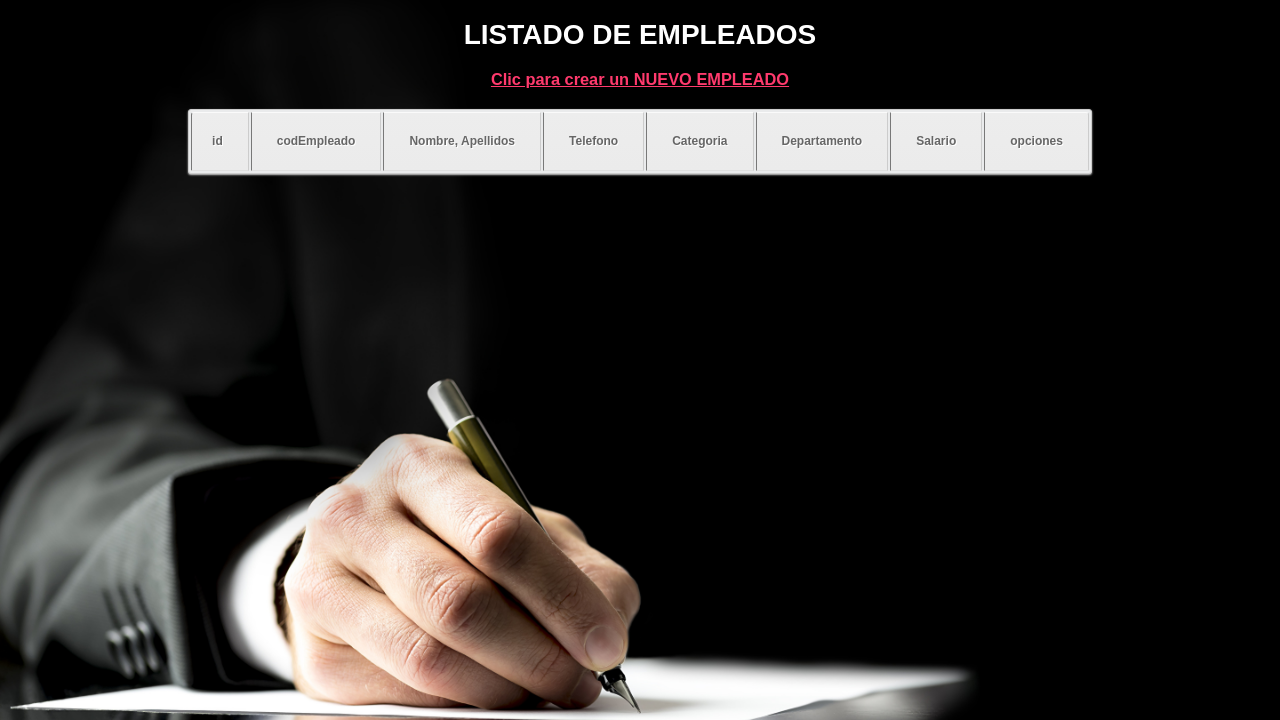
Repository: Sirfernandisco/ProyectoAgenda
Page: http://localhost/PorFinAgenda/WEB-INF/view/form1.jsp
The author's editor kept a copy of each file at every save. The page is drawn from the files as they stood at one save, then again after the next save.
The browser window is 1280 px wide. The pictures show the whole page.
The page is served by Tomcat 9. Nobody is signed in. Other server files are loaded and not shown. The template is opened directly, without the code that normally fills it, so the values that code supplies are empty.

Above is the page before, as saved 2018-06-06 09:52:27.

### PorFinAgenda/src/main/webapp/WEB-INF/view/form1.jsp
<%@ taglib prefix="c" uri="http://java.sun.com/jsp/jstl/core"%>
<%@ taglib prefix="form" uri="http://www.springframework.org/tags/form"%>
<%@ taglib prefix="spring" uri="http://www.springframework.org/tags"%>
<!DOCTYPE html>
<html>
<head>
<meta charset="UTF-8">
<spring:url value="/resources/css/otro.css" var="estilos" />
<link href="${estilos}" rel="stylesheet" />
<title>Lista de empleados</title>
</head>
<body>

	<div align="center">
		<h1 id="ho">LISTADO DE EMPLEADOS</h1>
		<h3>
			<a href="/">Clic para crear un NUEVO EMPLEADO</a>
		</h3>

		<table border="1">
			<tr>
				<th>id</th>
				<th>codEmpleado</th>
				<th>Nombre, Apellidos</th>
				<th>Telefono</th>
				<th>Categoria</th>
				<th>Departamento</th>
				<th>Salario</th>
				<th>opciones</th>
			</tr>

			<c:forEach var="Empleados" items="${lista}">
				<tr>
					<td>${Empleados.idempleados}</td>
					<td>${Empleados.codEmpleado}</td>
					<td>${Empleados.personases.nombre}
					${Empleados.personases.apellido1}
					${Empleados.personases.apellido2}</td>
					<td>${Empleados.personases.telefonoses.telefono}</td>
					<td>${Empleados.categorias.nombre}</td>
					<td>${Empleados.departamentos.nombre}</td>
					<td>${Empleados.salario}</td>
					<td><a href="detail?id=${user.id}">Detalles</a>
						&nbsp;&nbsp;&nbsp;&nbsp;<a href="edit?id=${user.id}">Modificar</a>
						&nbsp;&nbsp;&nbsp;&nbsp; <a href="delete?id=${user.id}">Eliminar</a>
					</td>
				</tr>
			</c:forEach>

		</table>
	</div>
</body>
</html>

### PorFinAgenda/src/main/webapp/resources/css/otro.css
a{
	color: #ff3a6d;
}

h1{
	color: white;
}

body{

	margin: 0;
	padding: 0;
	background: #000000;
	font-family: Arial, Helvetica, sans-serif;
	font-size: 14px;
	color: #FFFFFF;

    background: url(../images/ttt.jpg) no-repeat;
  	background-size: cover;
}

.contenedor {


	text-align: center;


}

.tabla{


	margin-left: 30%;

}

table a:link {
	color: #666;
	font-weight: bold;
	text-decoration:none;
}
table a:visited {
	color: #999999;
	font-weight:bold;
	text-decoration:none;
}
table a:active,
table a:hover {
	color: #bd5a35;
	text-decoration:underline;
}
table {
	font-family:Arial, Helvetica, sans-serif;
	color:#666;
	font-size:12px;
	text-shadow: 1px 1px 0px #fff;
	background:#eaebec;
	margin:20px;
	border:#ccc 1px solid;

	-moz-border-radius:3px;
	-webkit-border-radius:3px;
	border-radius:3px;

	-moz-box-shadow: 0 1px 2px #d1d1d1;
	-webkit-box-shadow: 0 1px 2px #d1d1d1;
	box-shadow: 0 1px 2px #d1d1d1;
}
table th {
	padding:21px 25px 22px 25px;
	border-top:1px solid #fafafa;
	border-bottom:1px solid #e0e0e0;

	background: #ededed;
	background: -webkit-gradient(linear, left top, left bottom, from(#ededed), to(#ebebeb));
	background: -moz-linear-gradient(top,  #ededed,  #ebebeb);
}
table th:first-child {
	text-align: left;
	padding-left:20px;
}
table tr:first-child th:first-child {
	-moz-border-radius-topleft:3px;
	-webkit-border-top-left-radius:3px;
	border-top-left-radius:3px;
}
table tr:first-child th:last-child {
	-moz-border-radius-topright:3px;
	-webkit-border-top-right-radius:3px;
	border-top-right-radius:3px;
}
table tr {
	text-align: center;
	padding-left:20px;
}
table td:first-child {
	text-align: left;
	padding-left:20px;
	border-left: 0;
}
table td {
	padding:18px;
	border-top: 1px solid #ffffff;
	border-bottom:1px solid #e0e0e0;
	border-left: 1px solid #e0e0e0;

	background: #fafafa;
	background: -webkit-gradient(linear, left top, left bottom, from(#fbfbfb), to(#fafafa));
	background: -moz-linear-gradient(top,  #fbfbfb,  #fafafa);
}
table tr.even td {
	background: #f6f6f6;
	background: -webkit-gradient(linear, left top, left bottom, from(#f8f8f8), to(#f6f6f6));
	background: -moz-linear-gradient(top,  #f8f8f8,  #f6f6f6);
}
table tr:last-child td {
	border-bottom:0;
}
table tr:last-child td:first-child {
	-moz-border-radius-bottomleft:3px;
	-webkit-border-bottom-left-radius:3px;
	border-bottom-left-radius:3px;
}
table tr:last-child td:last-child {
	-moz-border-radius-bottomright:3px;
	-webkit-border-bottom-right-radius:3px;
	border-bottom-right-radius:3px;
}
table tr:hover td {
	background: #f2f2f2;
	background: -webkit-gradient(linear, left top, left bottom, from(#f2f2f2), to(#f0f0f0));
	background: -moz-linear-gradient(top,  #f2f2f2,  #f0f0f0);
}

After the next save:
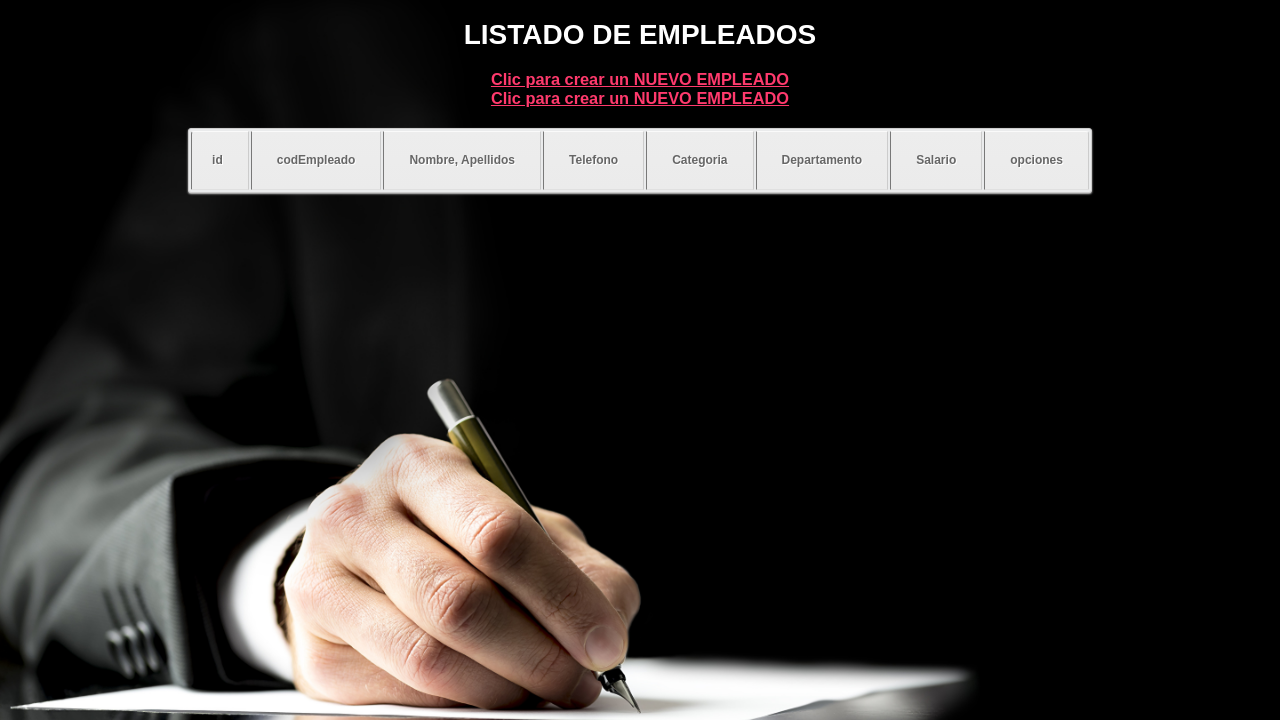
Saved 3 min 51 s later.
--- a/PorFinAgenda/src/main/webapp/WEB-INF/view/form1.jsp
+++ b/PorFinAgenda/src/main/webapp/WEB-INF/view/form1.jsp
@@ -14,6 +14,7 @@
 	<div align="center">
 		<h1 id="ho">LISTADO DE EMPLEADOS</h1>
 		<h3>
+			<a href="/">Clic para crear un NUEVO EMPLEADO</a><br>
 			<a href="/">Clic para crear un NUEVO EMPLEADO</a>
 		</h3>
 
